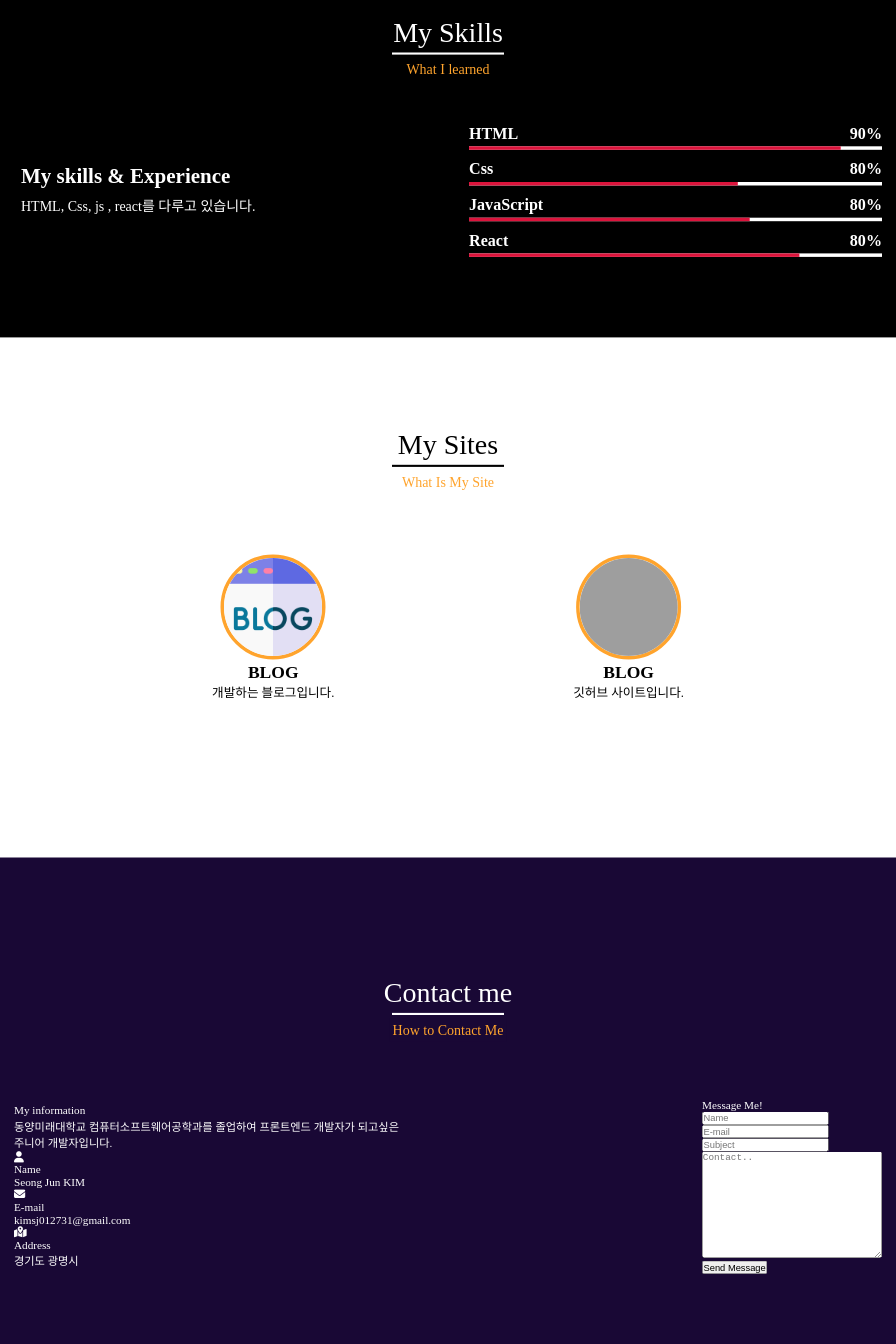
Repository: jun01270/jun
Page: index.html
These files come from the project's save history. The page is drawn as it stood at one moment and after the next save; the edit follows.
The browser window is 1280 px wide. The pictures show the part of the page from y = 1820 to 3740 px (the page is 3740 px tall), at 70% of full size.
Pictures or frames that could not be fetched are drawn as grey boxes. Some web libraries are served in a nearby version.

Above is the page before, as saved 2023-05-11 16:18:25.

After the next save:
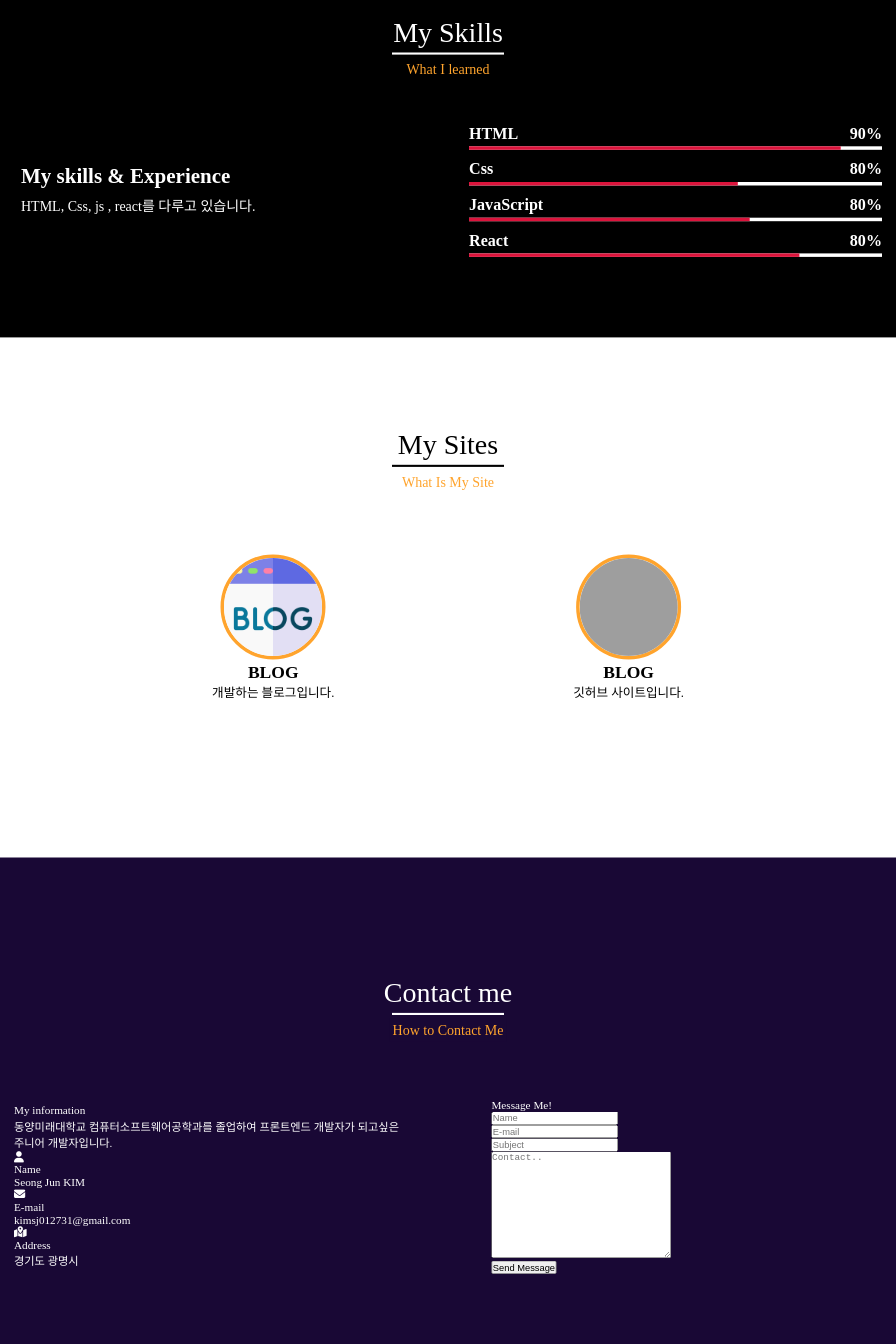
Saved 72 s later.
--- a/index.html
+++ b/index.html
@@ -172,7 +172,7 @@
               </div>
             </div>
           </div>
-          <div class="right-column">
+          <div class="right column">
             <div class="contact-text">Message Me!</div>
             <form action="#">
               <div class="fields">
